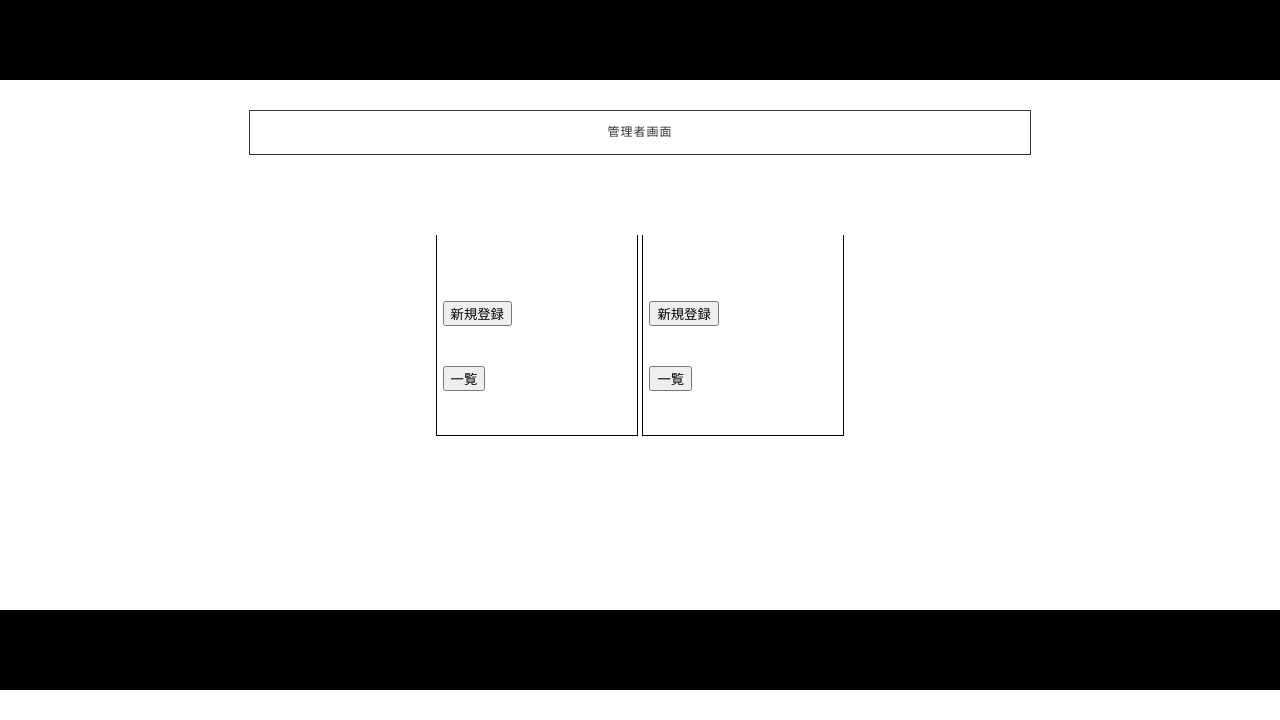
Repository: hiraide8/test
Page: http://localhost/ecsite/admin.jsp
The author's editor kept a copy of each file at every save. The page is drawn from the files as they stood at one save, then again after the next save.
The browser window is 1280 px wide. The pictures show the whole page.
The page is served by Tomcat 9.

Above is the page before, as saved 2019-01-23 11:20:03.

After the next save:
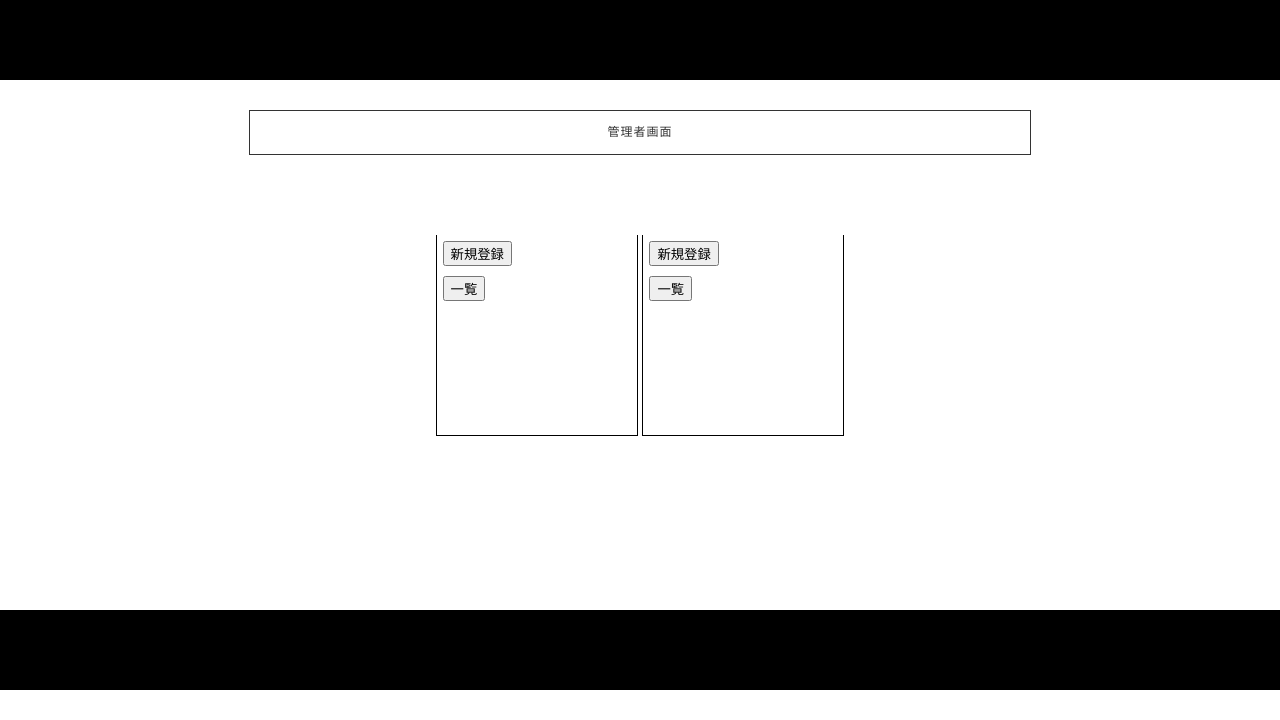
Saved 21 s later.
--- a/ecsite/WebContent/admin.jsp
+++ b/ecsite/WebContent/admin.jsp
@@ -25,7 +25,7 @@
                 }
                 table{
                   text-align:center;
-                  margin-top:30px;
+
                 }
        /* ========ID LAYOUT======== */
                 #top{
